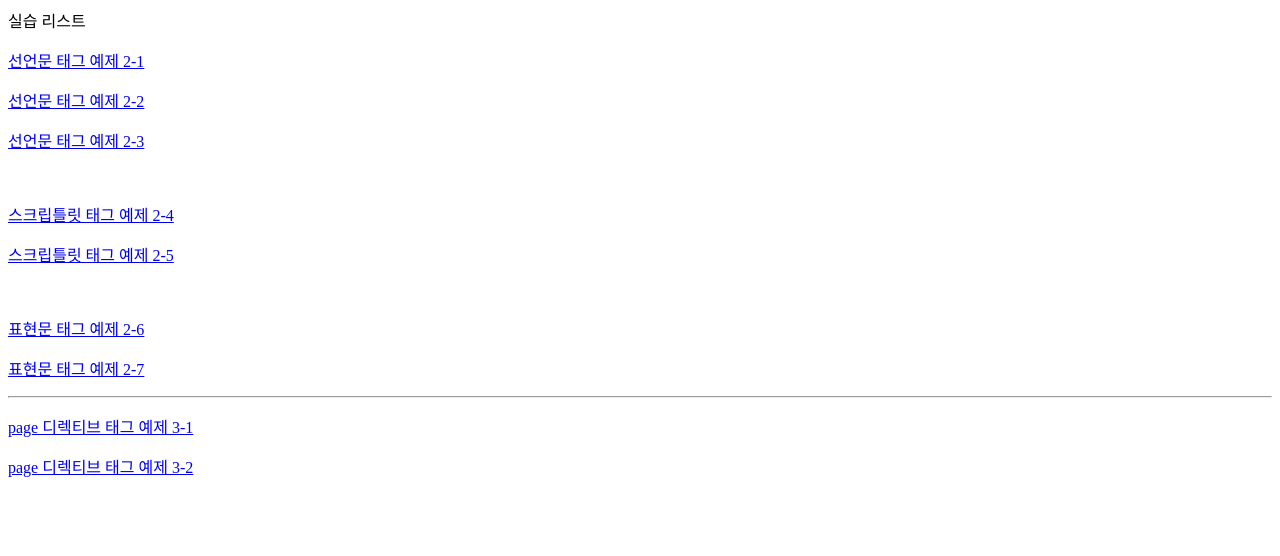
Repository: man332414/myJspStudy
Page: http://localhost/jspbook/
An editor plug-in stored every save of this project. The page is shown before and after the next save, followed by the edit.
The browser window is 1280 px wide. The pictures show the whole page.
The page is served by Tomcat 10. Nobody is signed in. The application's start-up code is not run. Other server files are loaded and not shown.

Above is the page before, as saved 2024-10-08 04:07:11.

### jspbook/src/main/webapp/index.jsp
<%@ page language="java" contentType="text/html; charset=UTF-8"
    pageEncoding="UTF-8"%>
<!DOCTYPE html>
<html>
<head>
<meta charset="UTF-8">
<title>어서와 집이야</title>
</head>
<body>
	실습 리스트
	<p><a href = "2_1"> 선언문 태그 예제 2-1</a></p>
	<p><a href = "2_2"> 선언문 태그 예제 2-2</a></p>
	<p><a href = "2_3"> 선언문 태그 예제 2-3</a></p>
	<br>
	<p><a href = "2_4"> 스크립틀릿 태그 예제 2-4</a></p>
	<p><a href = "2_5"> 스크립틀릿 태그 예제 2-5</a></p>
	<br>
	<p><a href = "2_6"> 표현문 태그 예제 2-6</a></p>
	<p><a href = "2_7"> 표현문 태그 예제 2-7</a></p>
	<hr>
	<p><a href = "3_1"> page 디렉티브 태그 예제 3-1</a></p>
	<p><a href = "3_2"> page 디렉티브 태그 예제 3-2</a></p>

</body>
</html>

After the next save:
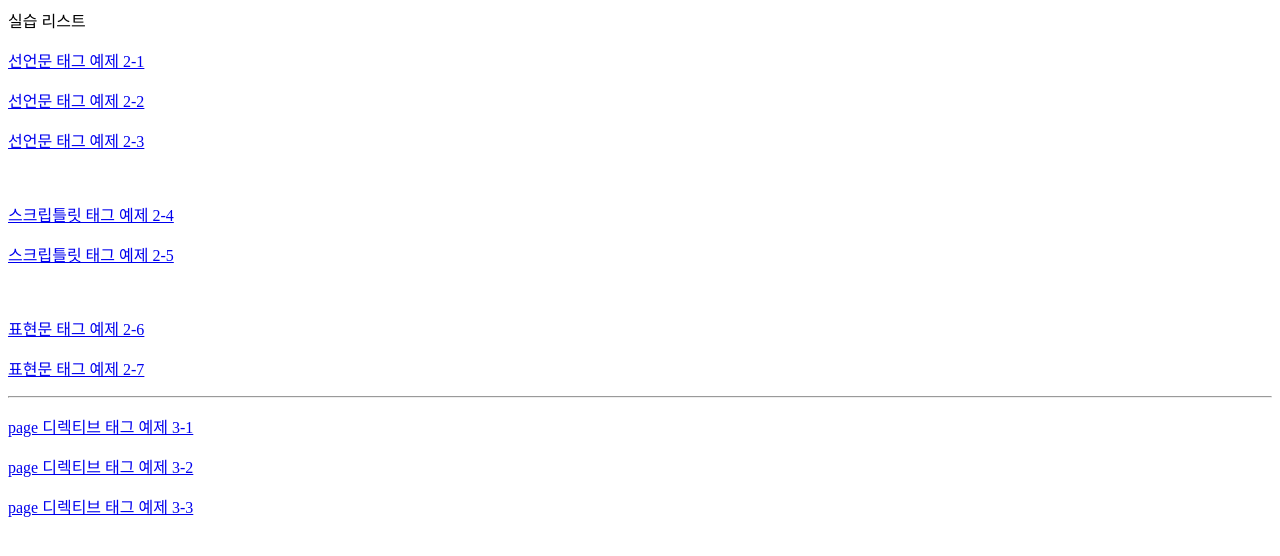
Saved 85 min 59 s later.
--- a/jspbook/src/main/webapp/index.jsp
+++ b/jspbook/src/main/webapp/index.jsp
@@ -20,6 +20,7 @@
 	<hr>
 	<p><a href = "3_1"> page 디렉티브 태그 예제 3-1</a></p>
 	<p><a href = "3_2"> page 디렉티브 태그 예제 3-2</a></p>
+	<p><a href = "3_3"> page 디렉티브 태그 예제 3-3</a></p>
 
 </body>
 </html>
